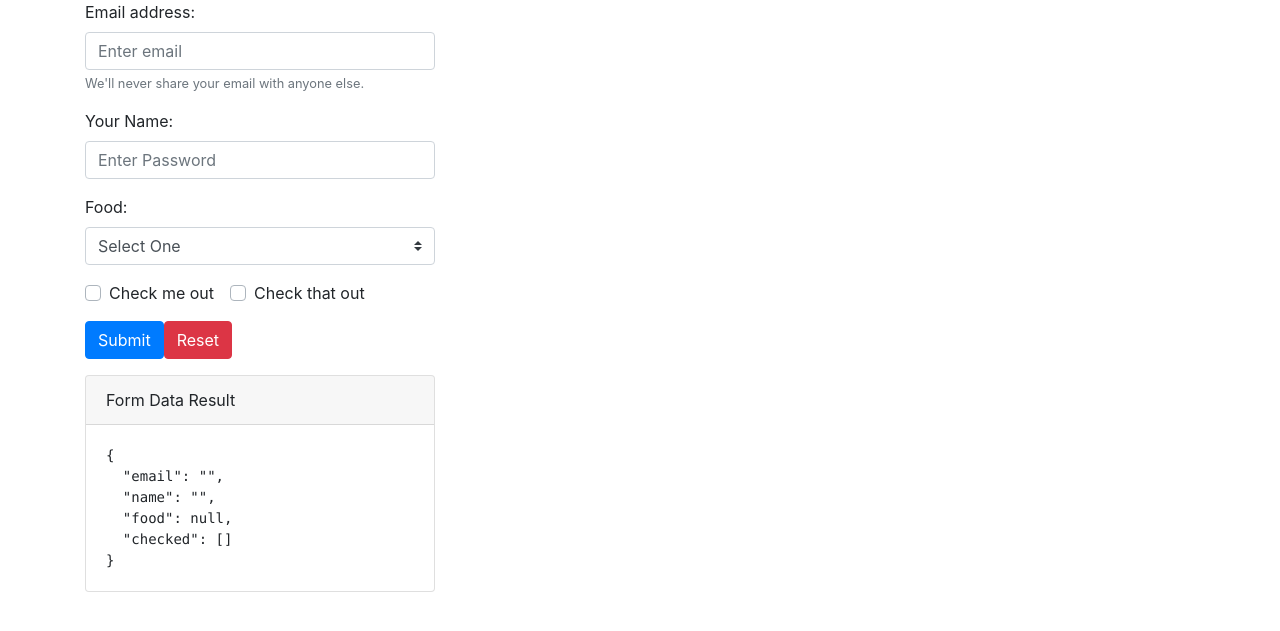
Repository: afsanarozan/viue-js
Page: /login
An editor plug-in stored every save of this project. The page is shown before and after a run of saves, followed by the edit.
The browser window is 1280 px wide. The pictures show the whole page.
Some web fonts or font styles are not loaded; a fallback is used. The project was rebuilt for these pictures with package versions that can differ from the ones it lists, and the page was loaded fresh each time. Also part of the build but not shown: src/components/modalEdit.vue, src/components/modalAdd.vue, src/components/Items.vue, src/views/Home/home.vue, src/views/Home/name.vue, src/views/Home/update.vue, src/views/Home/price.vue, src/views/Home/search.vue and 2 more.

Above is the page before, as saved 2020-10-01 21:50:41.

After the next 3 saves:
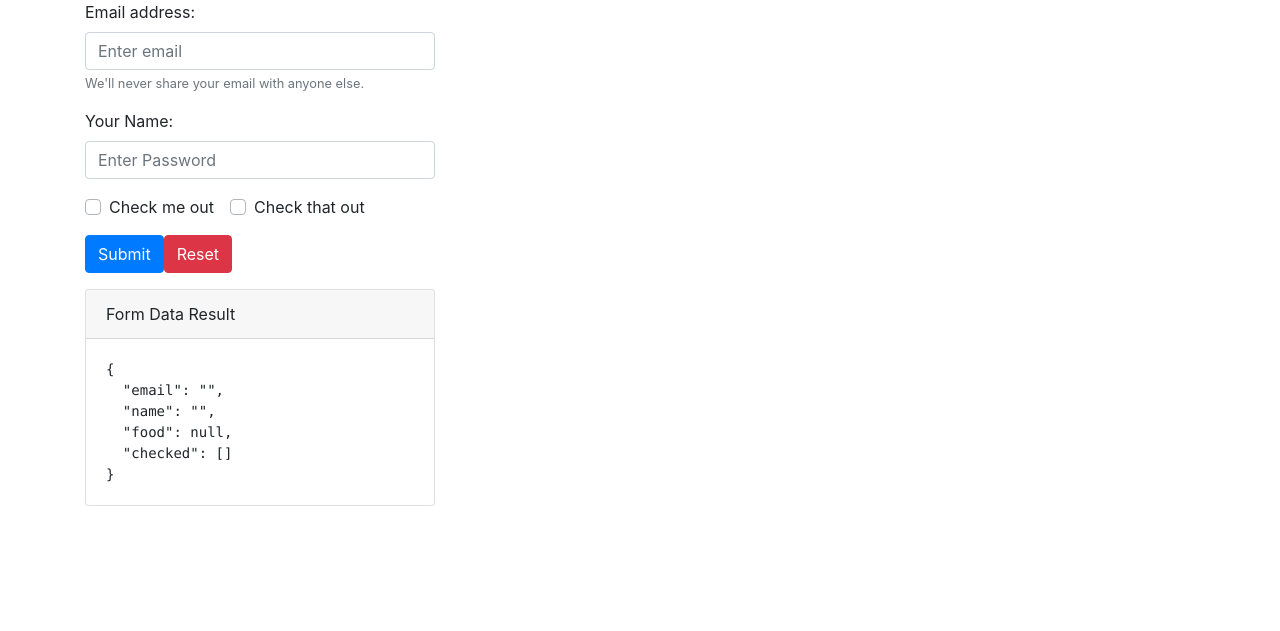
The 3 saves are shown as one change because they came seconds apart.
The last was saved 14 s later.
--- a/src/views/login/login.vue
+++ b/src/views/login/login.vue
@@ -27,15 +27,6 @@
           required
           placeholder="Enter Password"
         ></b-form-input>
-      </b-form-group>
-
-      <b-form-group id="input-group-3" label="Food:" label-for="input-3">
-        <b-form-select
-          id="input-3"
-          v-model="form.food"
-          :options="foods"
-          required
-        ></b-form-select>
       </b-form-group>
 
       <b-form-group id="input-group-4">
